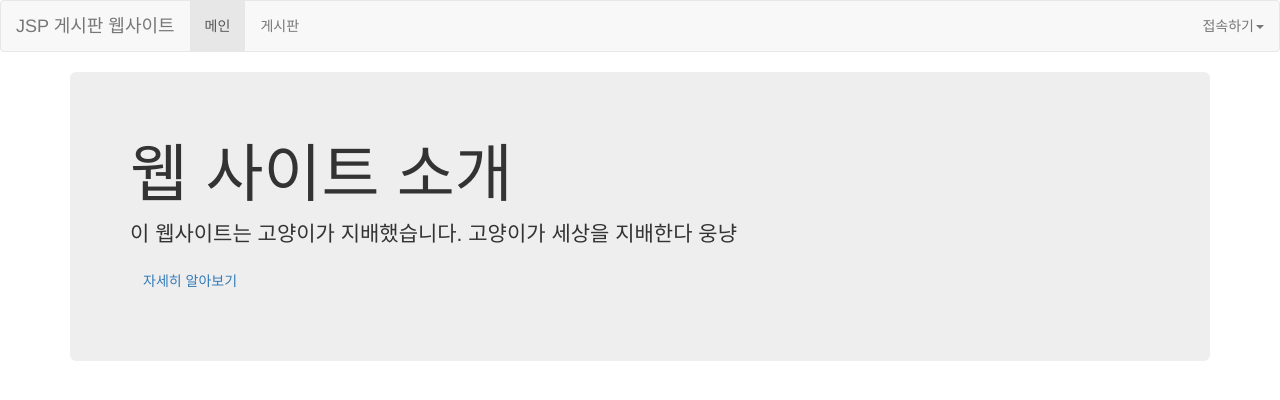
Repository: SweetFriedPotato/BandNote
Page: http://localhost/BBS/main.jsp
These files come from the project's save history. The page is drawn as it stood at one moment and after the next save; the edit follows.
The browser window is 1280 px wide. The pictures show the whole page.
Some web fonts or font styles are not loaded; a fallback is used. Some web libraries are served in a nearby version. The page is served by Tomcat 9. Other server files are loaded and not shown.

Above is the page before, as saved 2024-02-15 11:33:03.

### BBS/src/main/webapp/main.jsp
<%@ page language="java" contentType="text/html; charset=UTF-8"
    pageEncoding="UTF-8"%>
<%@ page import="java.io.PrintWriter" %>

<!DOCTYPE html>
<html>
<head>
<meta http-equiv="Content-Type" content="text/html; charset=UTF-8">
<meta name="viewport" content="width-device-width", initial-scale="1">
<link rel="stylesheet" href="css/bootstrap.min.css">
<title>JSP 게시판 웹 사이트</title>
</head>
<body>
	<%
		String userID = null;
		if(session.getAttribute("userID") != null){
			userID = (String) session.getAttribute("userID");
		}
	%>

	<nav class="navbar navbar-default">
        <div class="navbar-header">
             <button type="button" class="navbar-toggle collapsed"
             data-toggle="collapse" data-target="#bs-example-navbar-collapse-1"
             aria-expanded="false">
             <span class="icon-bar"></span>
             <span class="icon-bar"></span>
             <span class="icon-bar"></span>
             </button>
             <a class="navbar-brand" href="main.jsp">JSP 게시판 웹사이트</a>
        </div>

                <div class="collapse navbar-collapse" id="bs-example-navbar-collapse-1">
                	<ul class="nav navbar-nav">
                		<li class= "active"> <a href="main.jsp">메인</a></li>
                	    <li> <a href="bbs.jsp">게시판</a></li>
                	</ul>
                	<%
                		if(userID == null){
                	%>
                	<ul class="nav navbar-nav navbar-right">
						<li class="dropdown">
							<a href="#" class="dropdown-toggle"
								data-toggle="dropdown" role="button" aria-haspopup="true"
								aria-expanded="false">접속하기<span class="caret"></span></a>
							<ul class="dropdown-menu">
								<li><a href="login.jsp">로그인</a></li>
								<li><a href="join.jsp">회원가입</a></li>
							</ul>
						</li>
					</ul>
                	<%
                		}else{
                	%>
                	<ul class="nav navbar-nav navbar-right">
						<li class="dropdown">
							<a href="#" class="dropdown-toggle"
								data-toggle="dropdown" role="button" aria-haspopup="true"
								aria-expanded="false">회원관리<span class="caret"></span></a>
							<ul class="dropdown-menu">
								<li><a href="logoutAction.jsp">로그아웃</a></li>

							</ul>
						</li>
					</ul>
                	<%
                		}
                	%>

		</div>
	</nav>
	<div class="container">
		<div class="jumbotron">
			<h1>웹 사이트 소개</h1>
			<p>이 웹사이트는 고양이가 지배했습니다. 고양이가 세상을 지배한다 웅냥</p>
			<p><a class="btn btn=primary btn-pull" href="#" role="button">자세히 알아보기</a></p>
		</div>
	</div>

   <script src="https://code.jquery.com/jquery-3.1.1.min.js"></script>
   <script src="js/bootstrap.js"></script>

</body>
</html>

### BBS/src/main/webapp/css/custom.css
@import url(http://fonts.googleapis.com/earlyaccess/hanna.css);
@import url(http://fonts.googleapis.com/earlyaccess/nanumgothic.css);


*{
	font-family: 'Nanum Gothic';
}

h1{
	font-family:'Hanna';
}

Loaded but not shown: BBS/src/main/webapp/css/bootstrap.min.css (library); BBS/src/main/webapp/js/bootstrap.js (library); BBS/src/main/webapp/css/bootstrap.css (library)

After the next save:
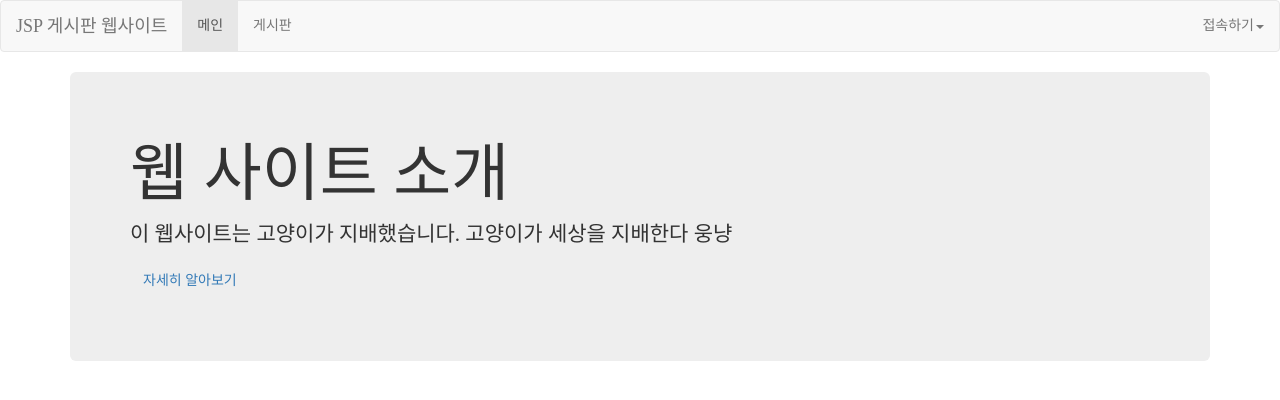
Saved 39 s later.
--- a/BBS/src/main/webapp/main.jsp
+++ b/BBS/src/main/webapp/main.jsp
@@ -7,7 +7,8 @@
 <head>
 <meta http-equiv="Content-Type" content="text/html; charset=UTF-8">
 <meta name="viewport" content="width-device-width", initial-scale="1">
-<link rel="stylesheet" href="css/bootstrap.min.css">
+<link rel="stylesheet" href="css/bootstrap.css">
+<link rel="stylesheet" href="css/custom.css">
 <title>JSP 게시판 웹 사이트</title>
 </head>
 <body>
